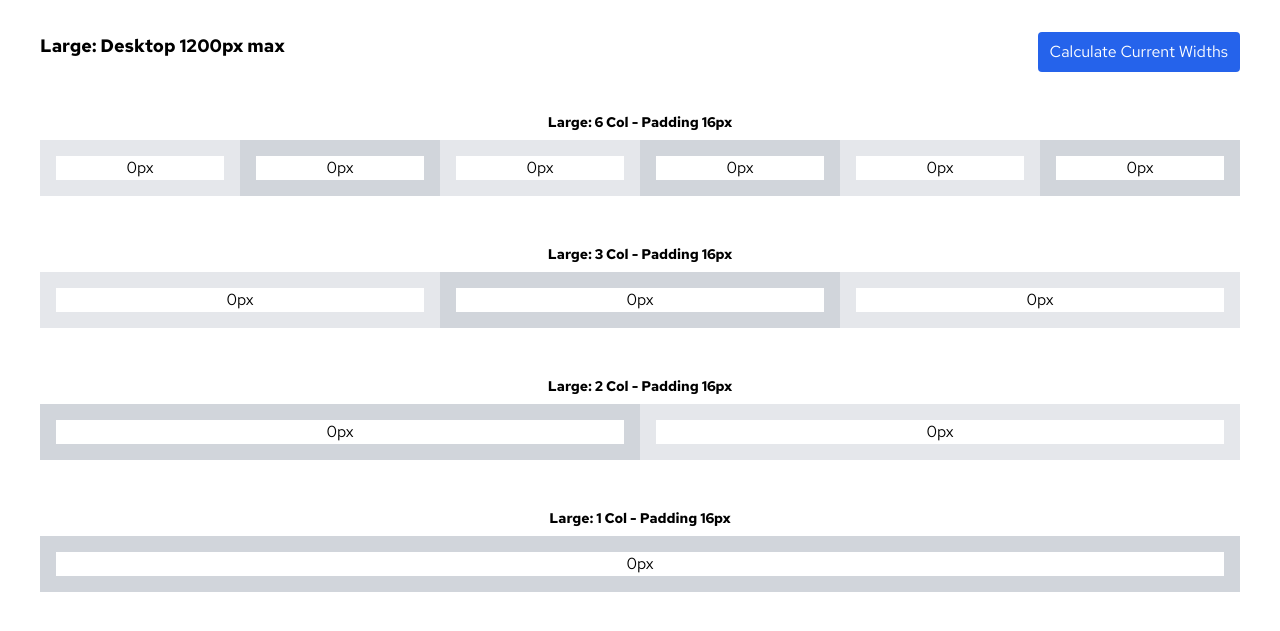
Repository: fabianwurk/vue-tailwind
Page: /
These files come from the project's save history. The page is drawn as it stood at one moment and after the next save; the edit follows.
The browser window is 1280 px wide. The pictures show the whole page.
The project was rebuilt for these pictures with package versions that can differ from the ones it lists, and the page was loaded fresh each time. Also part of the build but not shown: vite.config.js.

Above is the page before, as saved 2021-03-16 22:41:45.

After the next save:
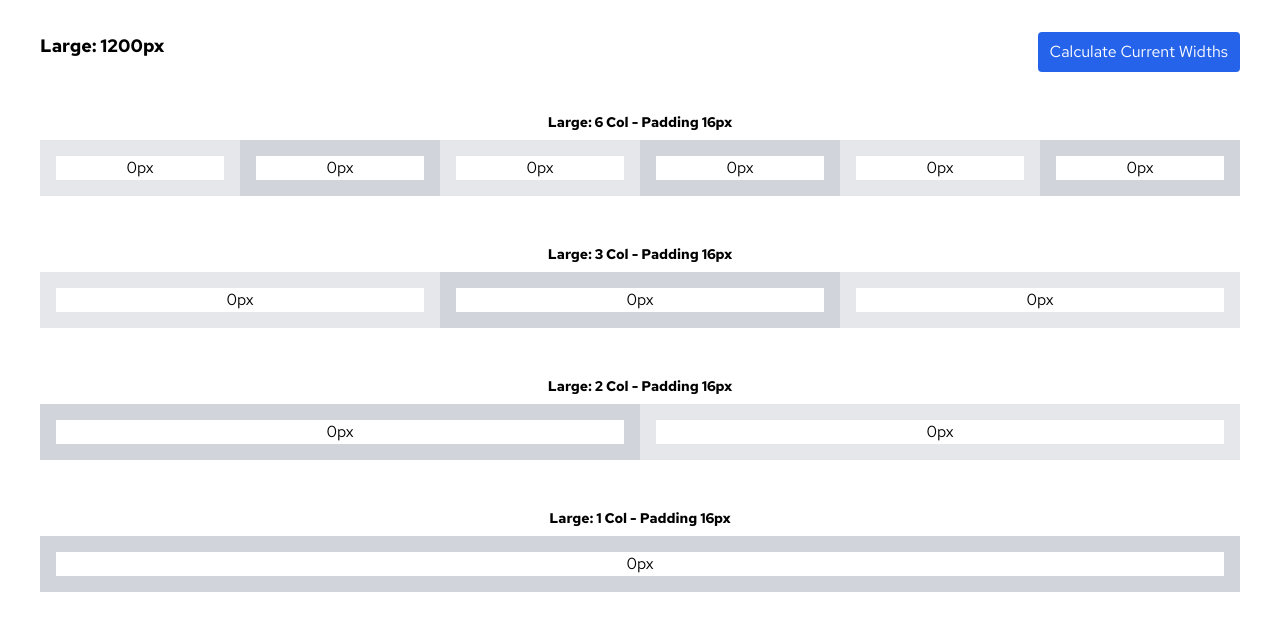
Saved 13 s later.
--- a/src/components/Large.vue
+++ b/src/components/Large.vue
@@ -3,7 +3,7 @@
 
     <div class="container mx-auto">
       <div class="flex flex-wrap justify-between px-4 lg:px-0">
-        <h1 class="text-lg font-bold mb-2 mt-8 text-center">Large: Desktop 1200px max</h1>
+        <h1 class="text-lg font-bold mb-2 mt-8 text-center">Large: 1200px</h1>
         <button class="bg-blue-600 hover:bg-blue-800 text-white px-3 py-2 mt-8 mb-2 rounded" @click="calculateWidth()">Calculate Current Widths</button>
       </div>
     </div>
